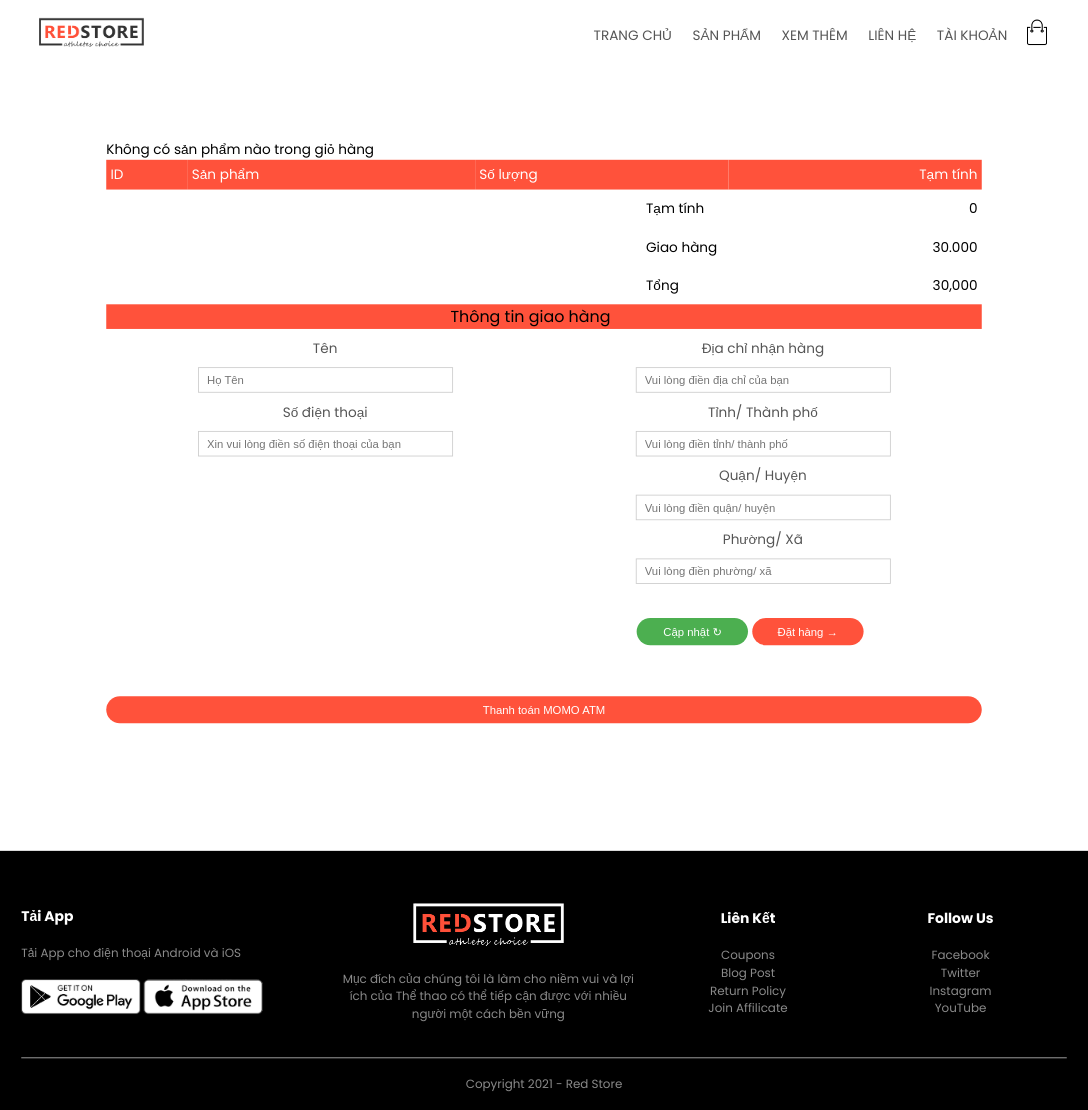
Repository: trongnk2001/RedStore
Page: http://localhost/RedStore/cart.php?action=submit
The author's editor kept a copy of each file at every save. The page is drawn from the files as they stood at one save, then again after the next save.
The browser window is 1280 px wide. The pictures show the whole page, at 85% of full size.
Some web libraries are served in a nearby version. The page is run by PHP 8.4 with error messages shown; the project is at /var/www/html/.

Above is the page before, as saved 2022-05-30 14:04:22.

### cart.php
<?php
    session_start();
    include_once './Admin/connect.php';
    // thêm số luong
    // tru số luong
    // xoá sản phẩm
    // thêm sản phẩm vào giỏ hàng
    if(isset($_POST['themgiohang'])){
        $id = $_GET['productID'];
        $sl = $_POST['sl'];
        $sql_query = "SELECT * FROM product WHERE productID='".$id."'";
        $query = mysqli_query($links,$sql_query);
        $row = mysqli_fetch_array($query);
        if(isset($_SESSION['cart'])){
           $session_array_id = array_column($_SESSION['cart'],'id');


           if(!in_array($_GET['productID'],$session_array_id)){
            $session_array = array(
                'id' => $id,
                'soluong' => $sl,
                'price' => $row['price'],
                'name' => $row['name'],
                'img' => $row['img']
           );
            $_SESSION['cart'][] = $session_array;
           }
        }
         else{
             $session_array = array(
                 'id' => $id,
                 'soluong' => $sl,
                 'price' => $row['price'],
                 'name' => $row['name'],
                 'img' => $row['img']
             );
             $_SESSION['cart'][] = $session_array;
         }
     }

?>
<?php
                $error = false;
                $success = false;
                 if(isset($_GET['action'])){
                     $name = $_POST['name'];
                     $address = $_POST['address'];
                     $city = $_POST['city'];
                     $district = $_POST['district'];
                     $village = $_POST['village'];
                     $tel = $_POST['tel'];
                     switch($_GET['action']){
                         case "submit":
                            if(isset($_POST['update_click'])){
                                echo "Xin lỗi tính năng này chưa cập nhật";
                            }
                            elseif (isset($_POST['update_checkout'])){
                                     // echo '<pre>';
                                     // var_dump($_POST);
                                     // echo '</pre>';

                                    // echo '<pre>';

                                    // var_dump($_SESSION['cart'][$i]);
                                    // echo '</pre>';

                                // // var_dump($_POST["name"]) ;
                                 if (empty($_POST['name'])) {
                                     $error = "Bạn chưa nhập tên của người nhận";
                                 } elseif (empty($_POST['tel'])) {
                                     $error = "Bạn chưa nhập số điện thoại người nhận";
                                 } elseif (empty($_POST['address'])) {
                                     $error = "Bạn chưa nhập địa chỉ người nhận";
                                 }elseif (empty($_POST['city'])){
                                     $error = "Bạn chưa nhập thành phố !";
                                 }elseif (empty($_POST['district'])){
                                     $error = "Bạn chưa nhập quận/huyện !";
                                 }elseif (empty($_POST['village'])){
                                     $error = "Bạn chưa nhập xã/phuong !";
                                 }
                                 elseif (empty($_POST['soluong'])){
                                    $error = "Giỏ hàng rỗng";
                                }
                                if ($error == false && !empty($_POST['soluong'])) {
                                    for($i = 0;$i<count($_SESSION['cart']);$i++){
                                        $id_post = $_SESSION['cart'][$i]['id'];
                                    $products = mysqli_query($links, "SELECT * FROM product WHERE productID = $id_post");
                                    $total = 0;
                                    $orderProducts = array();
                                    $row = mysqli_fetch_array($products);
                                    $orderProducts[] = $row;
                                    $total += $row['price'] * $_POST['soluong'];
                                    $insertCus = mysqli_query($links, "INSERT INTO customer(cusID,name,adress,tel) VALUE ('','$name','$address.$village.$district.$city','$tel')");
                                    // $cusID = mysqli_query($links, "SELECT cusID FROM `customer` ORDER BY cusID DESC LIMIT 1");
                                    // sleep(5);
                                    // $add = mysqli_fetch_all($cusID);
                                    // var_dump($add[0]);
                                    $last_id = mysqli_insert_id($links);
                                    $mysqltime = date ("Y-m-d H:i:s", $phptime);
                                    $insertOrder = mysqli_query($links, "INSERT INTO `orderinf` (`orderID`, `customerID`, `total`, `orderDate`, `status`) VALUES ('', '$last_id', '$total', '$mysqltime', '1')");
                                    $last_order = mysqli_insert_id($links);
                                    $insertString = "";
                                    $gia = $_POST['giathanh'];
                                    $soluong = $_POST['soluong'];
                                    foreach ($orderProducts as $key => $product) {
                                        $insertString .= "('', '$last_order', '$row[0]', '$row[10]', '$soluong','$total')";
                                        if ($key != count($orderProducts) - 1) {
                                            $insertString .= ",";
                                        }
                                    }
                                    $insertOrderDetails = mysqli_query($links, "INSERT INTO `orderdetails` (`id`, `orderID`, `productID`, `price`, `quantity`, `total`) VALUES " . $insertString . ";");
                                }
                                    $success = "Đặt hàng thành công";
                                    unset($_SESSION['cart']);
                                }
                                //  echo '<p style="text-align:center">'.$error.'</p>';
                            }

                }}
            ?>
<!DOCTYPE html>
<html lang="en">
<head>
    <meta charset="UTF-8">
    <meta name="viewport" content="width=device-width, initial-scale = 1.0">
    <meta http-equiv="X-UA-Compatible" content="IE=edge">
    <meta name="viewport" content="width=device-width, initial-scale=1.0">
    <link rel="stylesheet" href="./style.css">
    <link rel="preconnect" href="https://fonts.googleapis.com">
    <link rel="preconnect" href="https://fonts.gstatic.com" crossorigin>
    <link href="https://fonts.googleapis.com/css2?family=Poppins:wght@300;400;500;600;700&display=swap" rel="stylesheet">
    <script src="https://use.fontawesome.com/2defadb02e.js"></script>
    <title>Sản phẩm - Red Store - Nơi thể hiện cá tính của bạn</title>
</head>
<body>
        <div class="container">
            <div class="nav-bar">
                <div class="logo">
                    <img src="images/logo.png" alt="" width="125px">
                </div>
                <nav>
                    <ul id="MenuItems">
                        <li><a href="index.php">TRANG CHỦ</a></li>
                        <li><a href="products.php">SẢN PHẨM</a></li>
                        <li><a href="">XEM THÊM</a></li>
                        <li><a href="">LIÊN HỆ</a></li>
                        <li><a href="account.php">TÀI KHOẢN</a></li>
                    </ul>
                </nav>
                <a href="cart.php"><img src="images/cart.png" width="30px" height="30px" alt=""></a>
                <img src="images/menu.png" class="menu-icon" onclick="menutoggle()">
            </div>
        </div>
        <form action="cart.php?action=submit"  method="post">
        <!-- cart items details -->
        <div class="small-container cart-page">
            <table>
                <tr>
                    <th>ID</th>
                    <th>Sản phẩm</th>
                    <th>Số lượng</th>
                    <th>Tạm tính</th>
                </tr>
            <?php
                $total =0;
                if(!empty($_SESSION['cart'])){
                    foreach ($_SESSION['cart'] as $key => $value){
                        $rerult = substr($value['img'],3);
                            ?>

                                <tr>
                                    <td> <input name="id" type="text" value="<?php echo $value['id'] ?>" style="border: none;width: 30px ;"> </td>
                                    <td>
                                        <div class="cart-info">
                                            <?php echo ' <img src="'.$rerult.'"> '?>
                                            <div>
                                                <p name="ten"><?php echo $value['name'] ?></p>
                                                <small name="giathanh">Giá : <?php echo $value['price'] ?></small>
                                                <br>
                                                <a href="cart.php?remove=<?php echo $value['id'] ?>">Remove
                                                    <!-- <button style="color: #ff523b;font-size: 12px;border:none;background-color: #fff;cursor: pointer;">Remove</button> -->
                                                </a>
                                            </div>
                                        </div>
                                    </td>
                                    <td> <input name="soluong" type="number" value="<?php echo $value['soluong'] ?>" style="width: 40px;height: 30px;padding: 5px;"></td>
                                    <td><?php echo number_format( $value['soluong']*$value['price']) ?></td>
                                </tr>

                            <?php
                        $total = $total + $value['price'] * $value['soluong'];
                    }
                }
                else{
                    echo 'Không có sản phẩm nào trong giỏ hàng';
                }
            ?>
            <?php
                if(isset($_GET['remove'])){
                    $id = $_GET['remove'];
                    foreach($_SESSION['cart'] as $key => $value){
                        if($value['id'] == $id){
                            unset($_SESSION['cart'][$key]);
                        }
                        header('Location:cart.php');
                    }
                }

            ?>


            </table>

            <div class="total-price">
                <table>
                    <tr>
                        <td>Tạm tính</td>
                        <td><?php echo number_format($total) ?></td>
                    </tr>
                    <tr>
                        <td>Giao hàng</td>
                        <td>30.000</td>
                    </tr>
                    <tr>
                        <td>Tổng</td>
                        <td><?php echo number_format( $total + 30000)?></td>
                    </tr>
                </table>
            </div>
            <form action="">
            <div class="small-container" style="padding:0px 0px">
                <h3 style="padding: 0px 405px;background-color: #ff523b;">Thông tin giao hàng</h3>
                <?php if (!empty($error)) { ?>
                <div id="notify-msg" style="text-align: center; margin-top: 20px;font-weight: 600;">
                    <?= $error ?>
                </div>
            <?php } elseif (!empty($success)) { ?>
                <div id="notify-msg" style="text-align: center; margin-top: 20px;font-weight: 600;">
                    <?= $success ?>.
                </div>
            <?php } ?>
                <div class="row" style="align-items: initial;">
                    <div class="col-2 inf" style="display: flex;align-items: center;flex-direction: column;">
                            <p>Tên</p>
                            <input type="text" name="name" placeholder="Họ Tên" style="width:300px">
                            <p>Số điện thoại</p>
                            <input type="text" name ="tel" placeholder="Xin vui lòng điền số điện thoại của bạn" style="width:300px">
                    </div>
                    <div class="col-2 inf" style="display: flex;align-items: center;flex-direction: column;">
                            <p>Địa chỉ nhận hàng</p>
                            <input type="text" name ="address" placeholder="Vui lòng điền địa chỉ của bạn">
                            <p>Tỉnh/ Thành phố</p>
                            <input type="text" name ="city" placeholder="Vui lòng điền tỉnh/ thành phố">
                            <p>Quận/ Huyện</p>
                            <input type="text" name ="district" placeholder="Vui lòng điền quận/ huyện">
                            <p>Phường/ Xã</p>
                            <input type="text" name = "village" placeholder="Vui lòng điền phường/ xã">
                        <div class="buy" style="text-align: center;margin-left: -30px;float:initial">
                        <input  type="submit" name="update_click" value="Cập nhật &#8635" style="display: inline-block;background: #4CAF50;color: #fff;padding: 8px 30px;margin: 30px 0;border-radius: 30px;transition: background 0.5s;border: none;cursor: pointer;height:32px;width:131px ;">
                        <input  type="submit" name="update_checkout" value="Đặt hàng &#8594" style="display: inline-block;background: #ff523b;color: #fff;padding: 8px 30px;margin: 30px 0;border-radius: 30px;transition: background 0.5s;border: none;cursor: pointer;height:32px;width:131px ;">
                        </div>
                    </div>
                </div>
            </div>
            </form>
            <form
            class="" method="POST" target="_blank" enctype="application/x-www-form-urlencoded"
                          action="xulithanhtoanmomo_atm.php">
                <input type="hidden" value="<?php echo number_format($total)?>" name ="total">
                <input
                style="display: inline-block;background: #ff523b;color: #fff;padding: 8px 30px;margin: 30px 0;border-radius: 30px;transition: background 0.5s;border: none;cursor: pointer;height:32px;width:100% ;"
                type="submit" name="momo" value="Thanh toán MOMO ATM">
            </form>
            <!-- <div class="buy">
                    <a href="checkout.php" class="btn" style="padding: 8px 20px;">Thanh toán &#8594;</a>
            </div> -->
        </div>
        </form>


    <!-- footer -->

    <div class="footer" style="margin-top: 120px;">
        <div class="container">
            <div class="row">
                <div class="footer-col-1">
                    <h3>Tải App</h3>
                    <p>Tải App cho điện thoại Android và iOS</p>
                    <div class="app-logo">
                        <img src="images/play-store.png">
                        <img src="images/app-store.png">
                    </div>
                </div>

                <div class="footer-col-2">
                    <img src="images/logo-white.png">
                    <p>Mục đích của chúng tôi là làm cho niềm vui và lợi
                        ích của Thể thao có thể tiếp cận được với nhiều
                        người một cách bền vững</p>
                </div>

                <div class="footer-col-3">
                    <h3>Liên Kết</h3>
                    <ul>
                        <li>Coupons</li>
                        <li>Blog Post</li>
                        <li>Return Policy</li>
                        <li>Join Affilicate</li>
                    </ul>
                </div>

                <div class="footer-col-4">
                    <h3>Follow Us</h3>
                    <ul>
                        <li>Facebook</li>
                        <li>Twitter</li>
                        <li>Instagram</li>
                        <li>YouTube</li>
                    </ul>
                </div>
            </div>
            <hr>
            <p class="copyright">Copyright 2021  - Red Store</p>
        </div>
    </div>

    <!-- JS for responsive -->

    <script>
        var MenuItems = document.getElementById("MenuItems")
        MenuItems.style.maxHeight = "0px";
        function menutoggle(){
            if(MenuItems.style.maxHeight == "0px"){
                MenuItems.style.maxHeight = "200px";
            }
            else{
                MenuItems.style.maxHeight = "0px";
            }
        }
    </script>
</body>
</html>

### Admin/connect.php
<?php
    error_reporting(0);
    $host = "localhost";
    $user = "root";
    $password = "";
    $datbase = "redstore";
    $links = mysqli_connect($host,$user,$password);
    mysqli_select_db($links, $datbase);
    mysqli_set_charset($links,"utf8");
?>

Loaded but not shown: style.css (590 lines, source omitted)

After the next save:
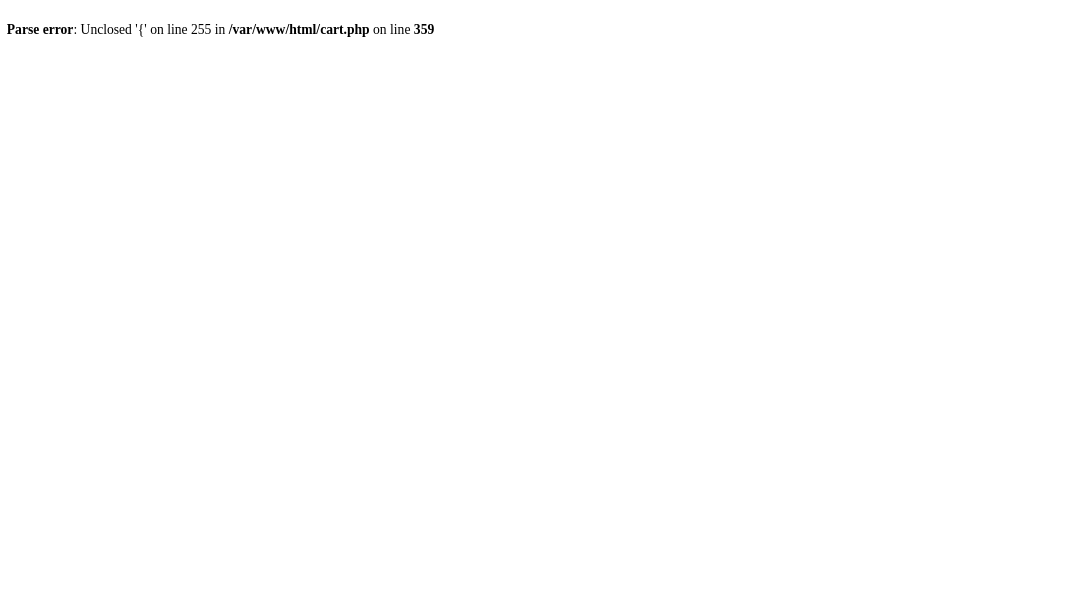
Saved 18 min 7 s later.
--- a/cart.php
+++ b/cart.php
@@ -111,12 +111,26 @@
                                     $insertOrderDetails = mysqli_query($links, "INSERT INTO `orderdetails` (`id`, `orderID`, `productID`, `price`, `quantity`, `total`) VALUES " . $insertString . ";");
                                 }
                                     $success = "Đặt hàng thành công";
+                                    $momo = "Giao dịch thanh toán bang MOMO thành công";
                                     unset($_SESSION['cart']);
                                 }
                                 //  echo '<p style="text-align:center">'.$error.'</p>';
                             }
 
                 }}
+                if(isset($_GET['partnerCode'])){
+                    $partnerCode = $_GET['partnerCode'];
+                    $orderID = $_GET['orderID'];
+                    $amount = $_GET['amount'];
+                    $orderInfo = $_GET['orderInfo'];
+                    $orderType = $_GET['orderType'];
+                    $transId = $_GET['transId'];
+                    $payType = $_GET['payType'];
+                //insert database momo
+                $insert_vnpay = "INSERT INTO tbl_momo(partner_code,order_id,amount,order_info,order_type,trans_id,pay_type)
+                VALUE ('".$partnerCode."','".$orderID."','".$amount."','".$orderInfo."','".$orderType."','".$trans_id."','".$payType."')";
+                $cart_query = mysqli_query($links,$insert_vnpay);
+                }
             ?>
 <!DOCTYPE html>
 <html lang="en">
@@ -238,7 +252,10 @@
                 <div id="notify-msg" style="text-align: center; margin-top: 20px;font-weight: 600;">
                     <?= $success ?>.
                 </div>
-            <?php } ?>
+            <?php } elseif($cart_query){?>
+                <div id="notify-msg" style="text-align: center; margin-top: 20px;font-weight: 600;">
+                    <?= $momo ?>.
+                </div>
                 <div class="row" style="align-items: initial;">
                     <div class="col-2 inf" style="display: flex;align-items: center;flex-direction: column;">
                             <p>Tên</p>

After the save that followed:
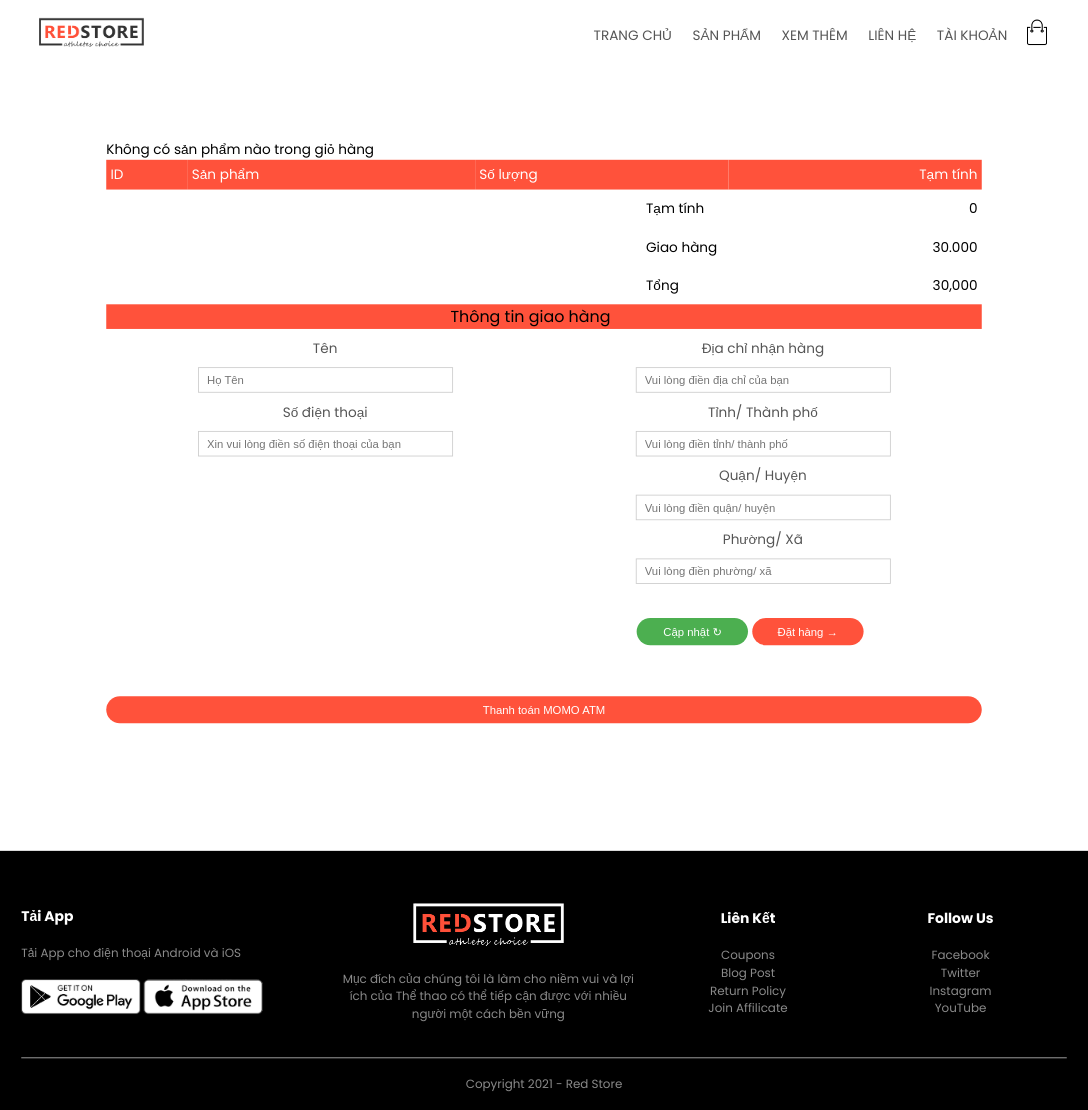
Saved 112 s later.
--- a/cart.php
+++ b/cart.php
@@ -111,7 +111,6 @@
                                     $insertOrderDetails = mysqli_query($links, "INSERT INTO `orderdetails` (`id`, `orderID`, `productID`, `price`, `quantity`, `total`) VALUES " . $insertString . ";");
                                 }
                                     $success = "Đặt hàng thành công";
-                                    $momo = "Giao dịch thanh toán bang MOMO thành công";
                                     unset($_SESSION['cart']);
                                 }
                                 //  echo '<p style="text-align:center">'.$error.'</p>';
@@ -252,10 +251,7 @@
                 <div id="notify-msg" style="text-align: center; margin-top: 20px;font-weight: 600;">
                     <?= $success ?>.
                 </div>
-            <?php } elseif($cart_query){?>
-                <div id="notify-msg" style="text-align: center; margin-top: 20px;font-weight: 600;">
-                    <?= $momo ?>.
-                </div>
+            <?php } ?>
                 <div class="row" style="align-items: initial;">
                     <div class="col-2 inf" style="display: flex;align-items: center;flex-direction: column;">
                             <p>Tên</p>
